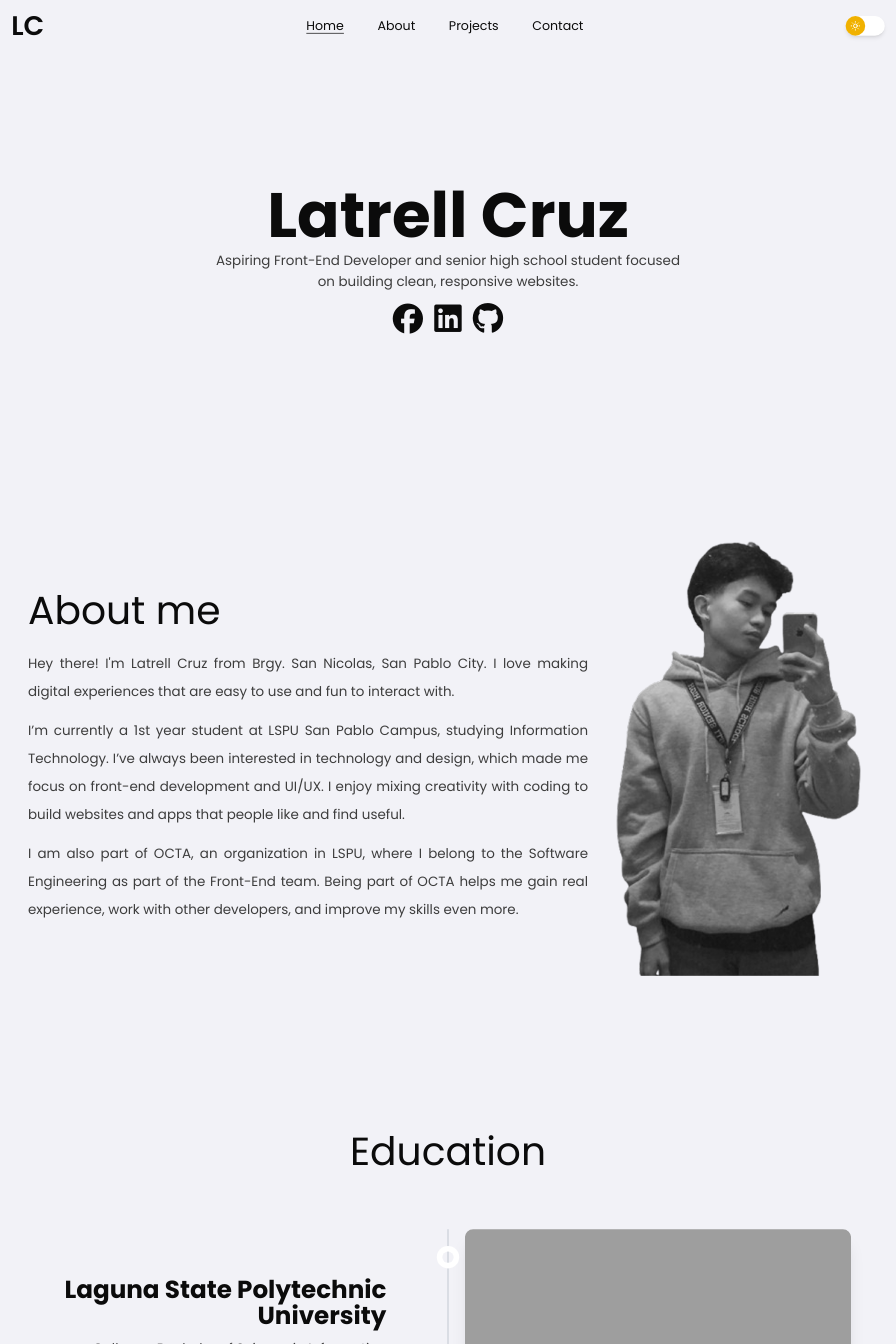
Repository: Latrell26/Portfolio-schoolProject
Page: /
The author's editor kept a copy of each file at every save. The page is drawn from the files as they stood at one save, then again after a run of saves.
The browser window is 1280 px wide. The pictures show the part of the page from y = 0 to 1920 px (the page is 6276 px tall before and 720 px after), at 70% of full size.
Pictures or frames that could not be fetched are drawn as grey boxes. The project was rebuilt for these pictures with package versions that can differ from the ones it lists, and the page was loaded fresh each time. Also part of the build but not shown: svelte.config.js, vite.config.js.

Above is the page before, as saved 2026-01-02 22:09:41.

After the next 2 saves:
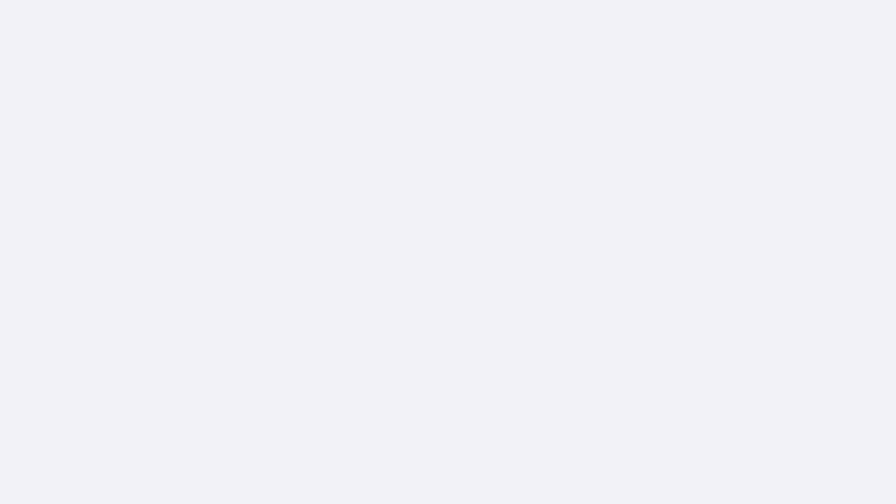
Console error: TypeError: Cannot read properties of undefined (reading 'toUpperCase')
The 2 saves are shown as one change because they came seconds apart.
The last was saved 33 s later.
--- a/src/lib/navBar.svelte
+++ b/src/lib/navBar.svelte
@@ -144,7 +144,7 @@
   </button>
 
   <ul class="flex flex-col gap-6 text-xl">
-    {#each ["home","about","projects","contact"] as item}
+    {#each ["home","about","","projects","contact"] as item}
       <li>
         <a href={`#${item}`} on:click={() => { menuOpen = false; hideNavbarAfterClick(); }}
            class={activeSection === item ? "underline" : ""}>

After the save that followed:
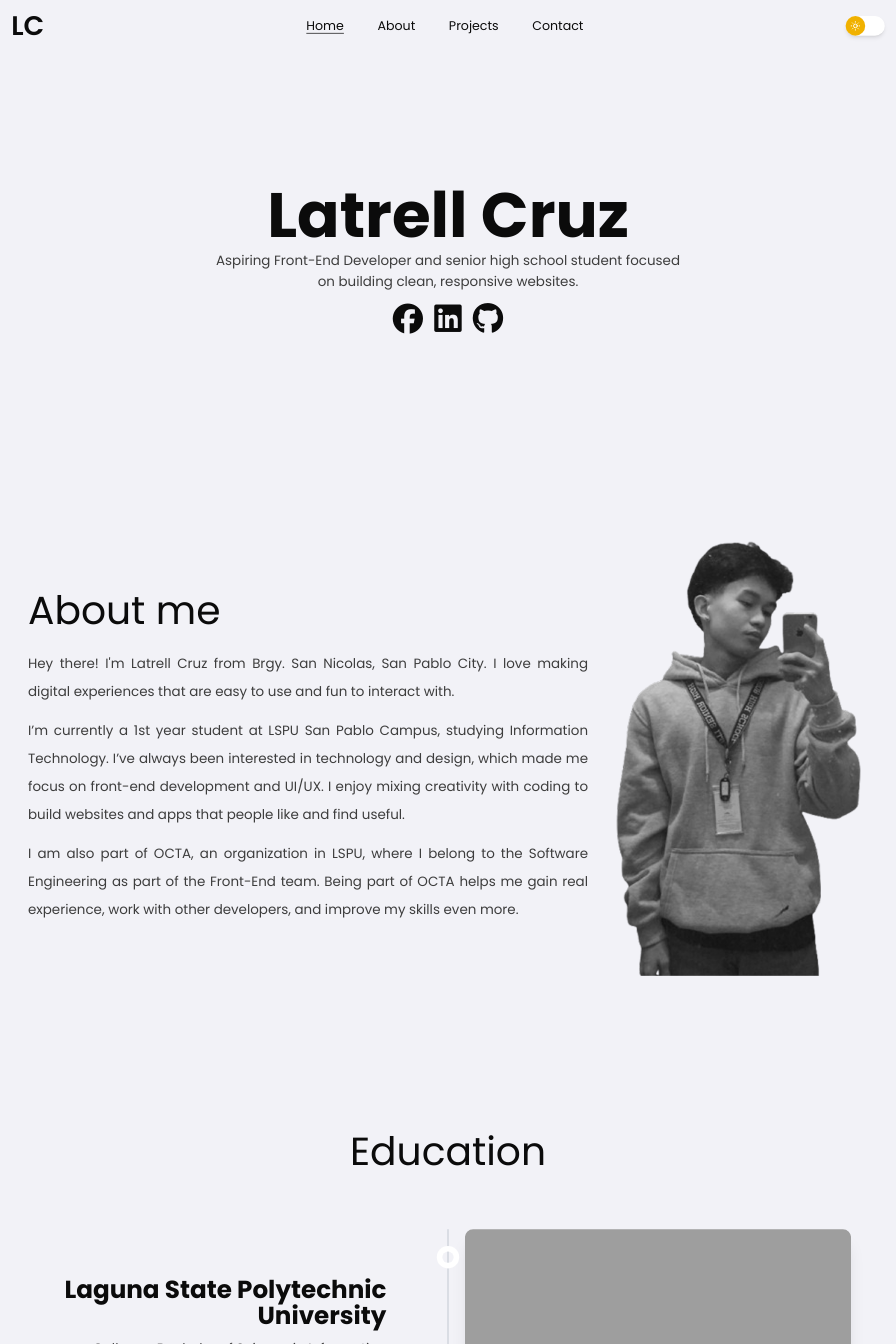
The error is gone.
Saved 5 s later.
--- a/src/lib/navBar.svelte
+++ b/src/lib/navBar.svelte
@@ -144,7 +144,7 @@
   </button>
 
   <ul class="flex flex-col gap-6 text-xl">
-    {#each ["home","about","","projects","contact"] as item}
+    {#each ["home","about","Education","projects","contact"] as item}
       <li>
         <a href={`#${item}`} on:click={() => { menuOpen = false; hideNavbarAfterClick(); }}
            class={activeSection === item ? "underline" : ""}>
